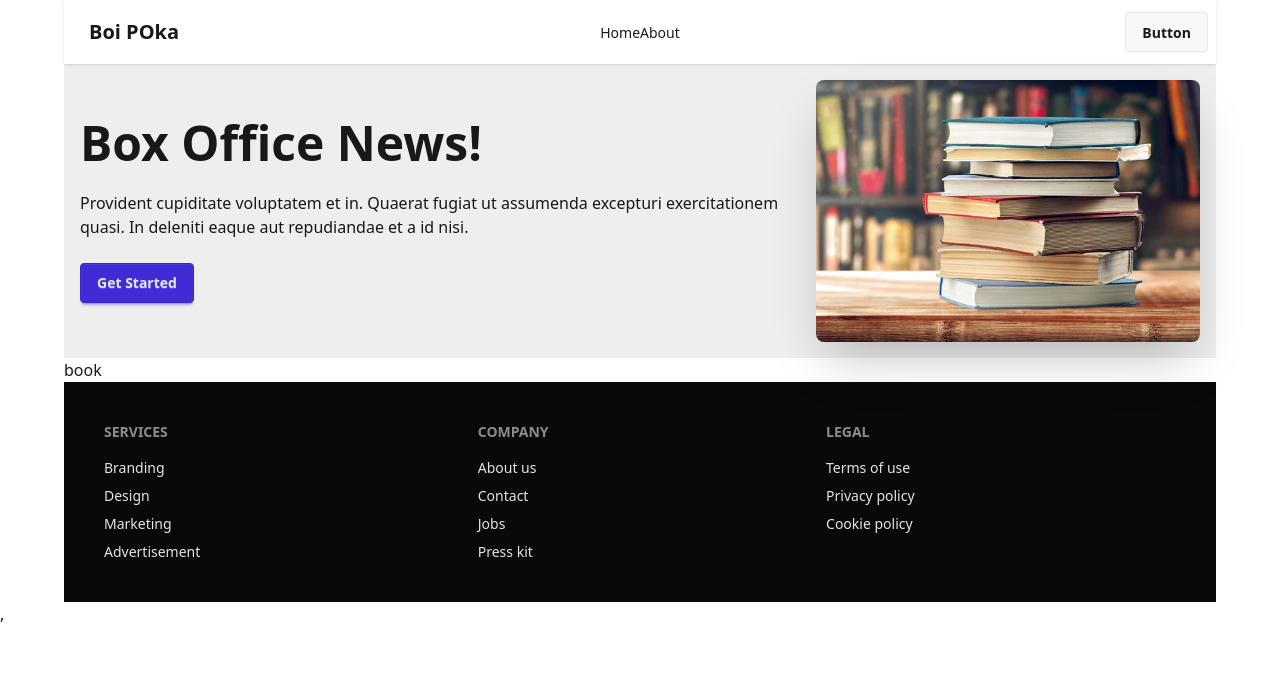
Repository: SanjidaSnigdha/Boipoka-Book-Vibe-Project
Page: /
An editor plug-in stored every save of this project. The page is shown before and after the next save, followed by the edit.
The browser window is 1280 px wide. The pictures show the whole page.
The project was rebuilt for these pictures with package versions that can differ from the ones it lists, and the page was loaded fresh each time. Also part of the build but not shown: vite.config.js, src/App.css, src/App.jsx, src/Pages/Root/ErrorPage/ErrorPage.jsx.

Above is the page before, as saved 2026-05-12 12:38:13.

After the next save:
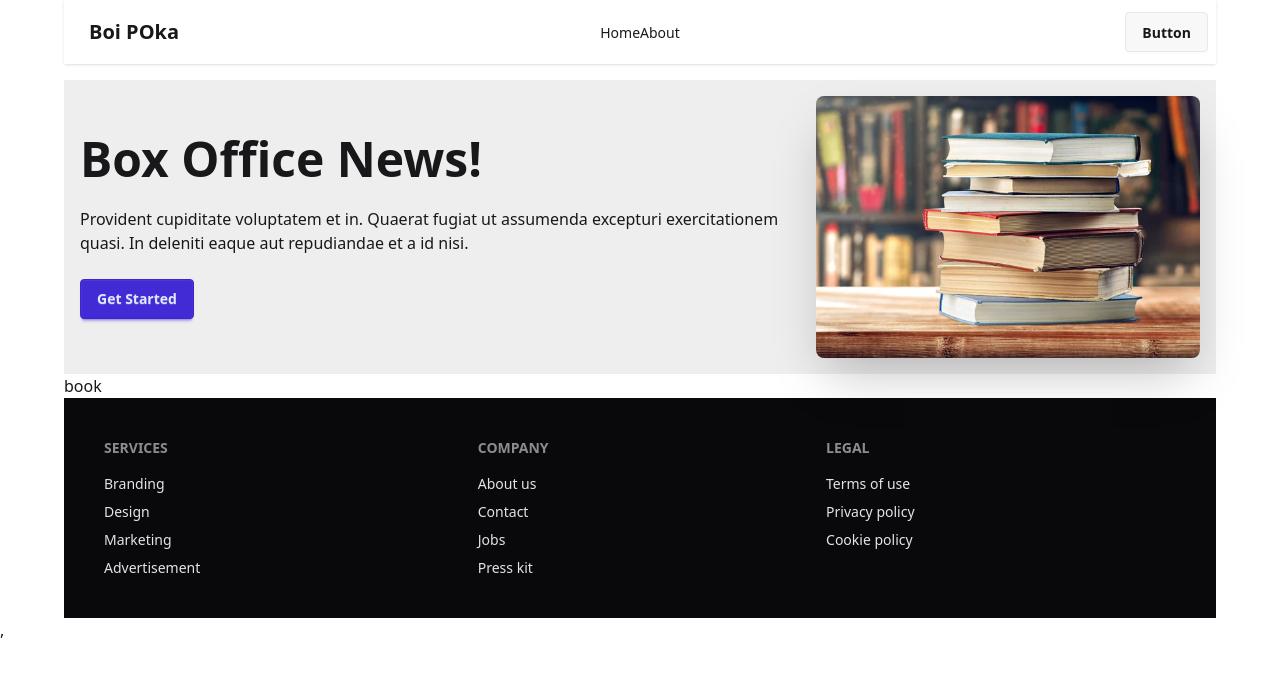
Saved 14 s later.
--- a/src/Components/Banner/Banner.jsx
+++ b/src/Components/Banner/Banner.jsx
@@ -4,7 +4,7 @@ import bookImage from '../../assets/books.jpg'
 const Banner = () => {
     return (
 
-        <div className="hero bg-base-300 h-70px">
+        <div className="hero bg-base-300 mt-4 h-70px">
   <div className="hero-content flex-col lg:flex-row-reverse">
     <img
       src={bookImage}
